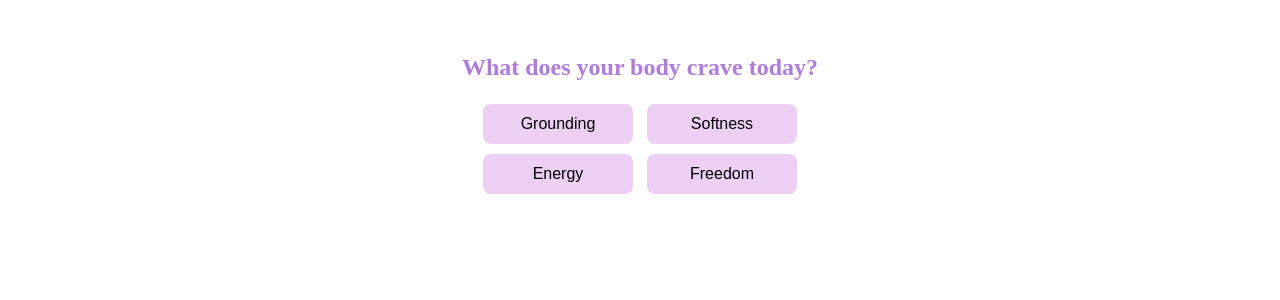
Repository: karim0829/Bella-Oter-Project
Page: index.html
An editor plug-in stored every save of this project. The page is shown before and after the next save, followed by the edit.
The browser window is 1280 px wide. The pictures show the whole page.

Above is the page before, as saved 2025-06-30 19:20:08.

### index.html
<!DOCTYPE html>
<html lang="en">
<head>
    <meta charset="UTF-8">
    <meta name="viewport" content="width=device-width, initial-scale=1.0">
    <title>Bella Oter</title>
    <link rel="stylesheet" href = "style.css">
</head>
<body>
    <br>
    <br>
    <br>
    <form>
        <label><h1>What does your body crave today?</h1></label><br>
        <button type = 'submit' id = 'grounding' name='grounding'>Grounding</button>
        <button type = 'submit' id = 'softness' name='softness'>Softness</button><br>
        <button type = 'submit' id = 'energy' name='energy'>Energy</button>
        <button type = 'submit' id = 'freedom' name='freedom'>Freedom</button>
    </form>
</body>
</html>

### style.css

* {
    padding:0;
    margin:0;

}

body {
    text-align: center;
}

form h1 {
    font-size:24px;
    text-align: center;
    color:rgba(125, 37, 207, 0.613)
}

 button {
    width: 150px;
    height: 40px;
    cursor: pointer;
    border: none;
    border-radius: 8px;
    background-color: #edcff3;
    font-size: 16px;
    margin-top:10px;
    margin:5px;
}

After the next save:
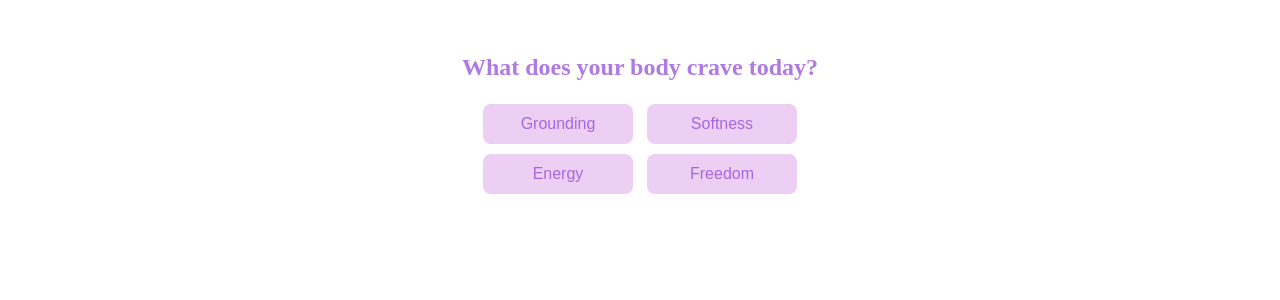
Saved 12 s later.
--- a/style.css
+++ b/style.css
@@ -25,4 +25,5 @@ form h1 {
     font-size: 16px;
     margin-top:10px;
     margin:5px;
+    color:rgba(125, 37, 207, 0.613);
 }
